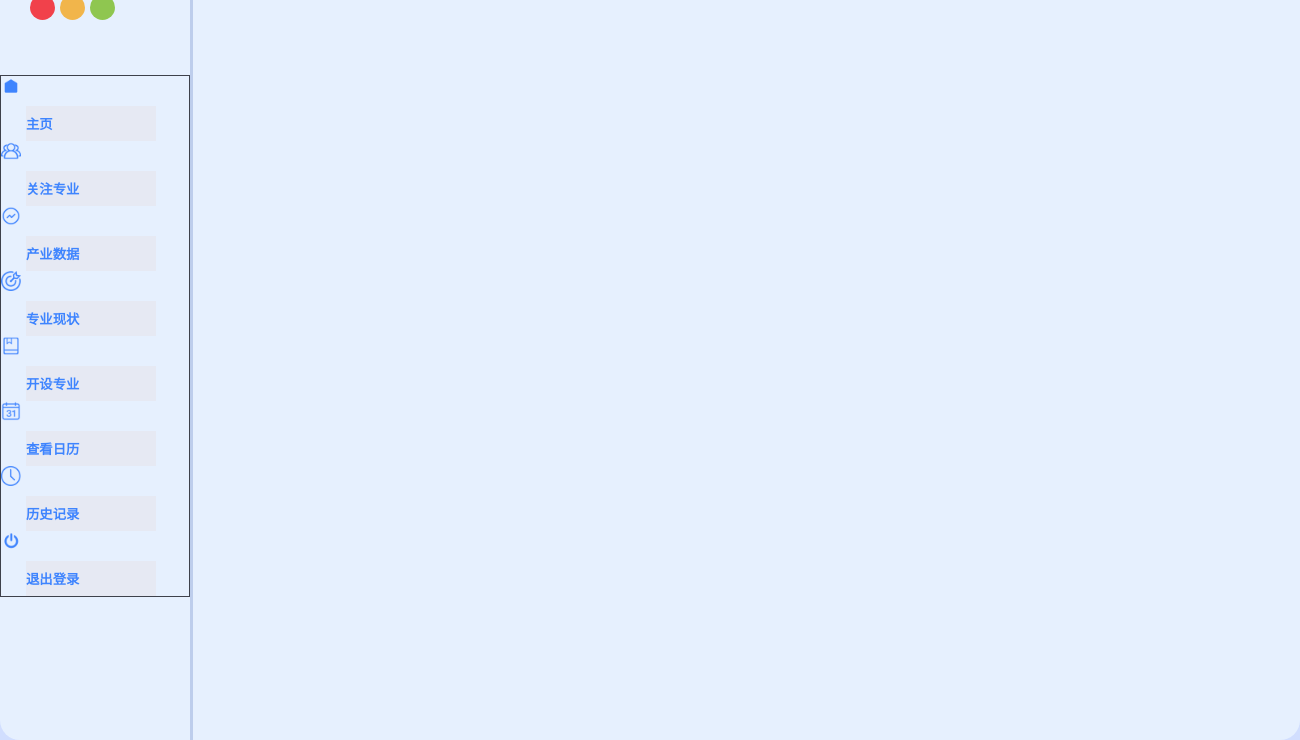
Repository: akaCSDN/test
Page: 2.1主页.html
The author's editor kept a copy of each file at every save. The page is drawn from the files as they stood at one save, then again after the next save.
The browser window is 1280 px wide. The page is 1300 px wide, so the pictures cover 1300 px, including what lies to the right of the window. The pictures show the whole page.

Above is the page before, as saved 2022-12-02 15:20:03.

### 2.1主页.html
<!DOCTYPE html>
<html lang="en">
<head>
    <meta charset="UTF-8">
    <meta http-equiv="X-UA-Compatible" content="IE=edge">
    <meta name="viewport" content="width=device-width, initial-scale=1.0">
    <title>Document</title>
    <style type="text/css">
        *{
            margin: 0;
            padding: 0;
            border: 0;
        }
        .main{
            width: 1300px;
            height: 760px;
            /* border: 1px solid black; */
            border-radius: 20px;
            background-color: aliceblue;
            opacity: 0.7;
            position: absolute;
            top: 0;
            right: 0;
            bottom: 0;
            left: 0;
            margin: auto;

        }
        .left{
            width: 190px;
            height: 760px;
            border-radius: 20px 0px 0px 20px;
            border-right: 3px solid rgba(146, 169, 213, 0.622);
            /* border: 1px solid black; */
            position: absolute;
        }
        .circle-point{
            width: 100px;
            height: 30px;
            /* border: 1px solid black; */
            margin-left: 25px;
            margin-top: 15px;
        }
        .circle-point div{
            width: 25px;
            height: 25px;
            border-radius: 100% 100% 100% 100%;
            float: left;
            opacity: 1;
            /* position: absolute; */
            margin-left: 5px;

        }
        .button{
            width: auto;
            height: auto;
            border: 1px solid black;
            margin-top: 50px;
        }
        .button ul{
            list-style-type: none;
        }
        .button button{
            width: 130px;
            height: 35px;
            text-align: left;
            margin-left: 25px;
            /* color: rgba(0, 94, 255, 0.909); */
            color: #005EFF;
            font-weight: 600;
            margin-top: 30px;

        }
        .button img{
            width: 20px;
            height: 20px;
            position: absolute;
            margin-top: ;
        }
    </style>
</head>
<body style="background-color: rgb(209, 222, 254);">
    <div class="main">
        <div class="left">
            <div class="circle-point">
                <div style="background-color: red;"></div>
                <div style="background-color: orange;"></div>
                <div style="background-color:rgb(116, 189, 7);"></div>
            </div>
            <div class="button">
                    <img src="./icon/主页.png" alt=""><button>主页</button>
                    <br>
                    <img src="./icon/专业.png" alt=""><button>关注专业</button>
                    <br>
                    <img src="./icon/数据.png" alt=""><button>产业数据</button>
                    <br>
                    <img src="./icon/现状.png" alt=""><button>专业现状</button>
                    <br>
                    <img src="./icon/开设.png" alt=""><button>开设专业</button>
                    <br>
                    <img src="./icon/日历.png" alt=""><button>查看日历</button>
                    <br>
                    <img src="./icon/历史.png" alt=""><button>历史记录</button>
                    <br>
                    <img src="./icon/退出.png" alt=""><button>退出登录</button>

            </div>



        </div>

    </div>
</body>
</html>

After the next save:
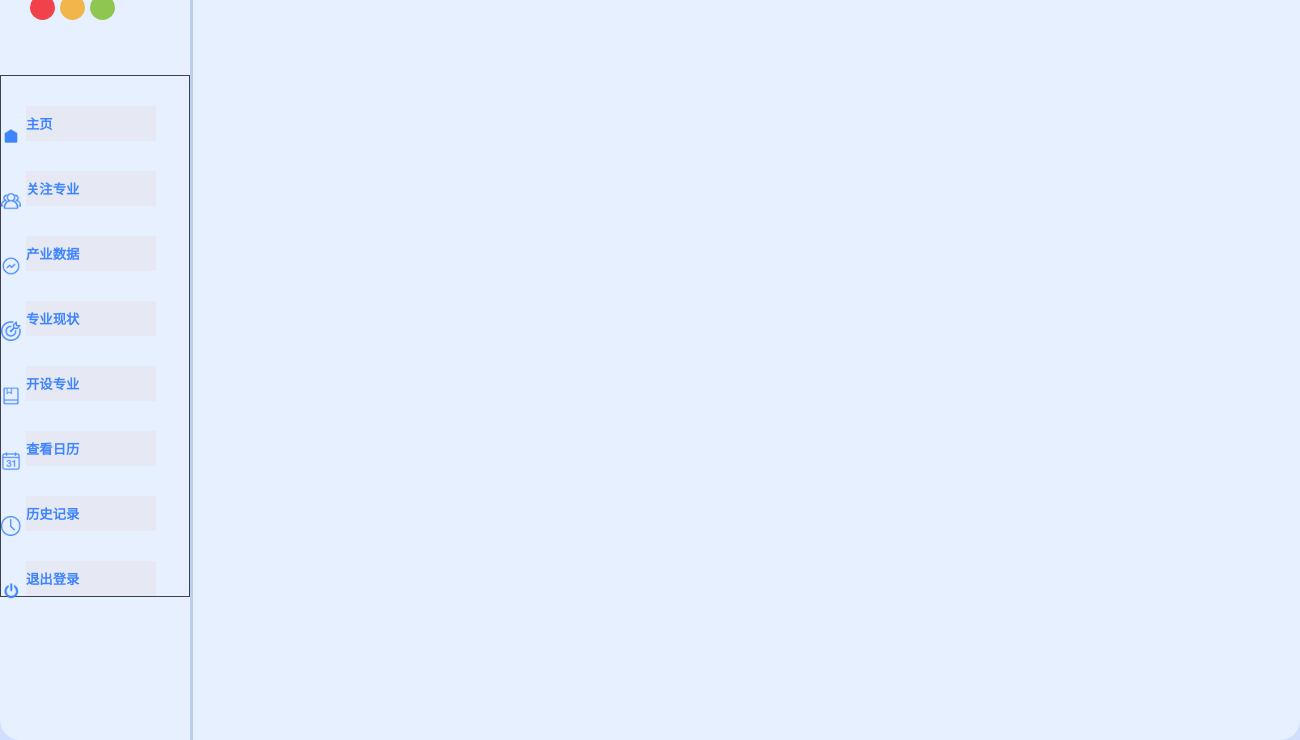
Saved 12 s later.
--- a/2.1主页.html
+++ b/2.1主页.html
@@ -75,7 +75,7 @@
             width: 20px;
             height: 20px;
             position: absolute;
-            margin-top: ;
+            margin-top: 50px;
         }
     </style>
 </head>
